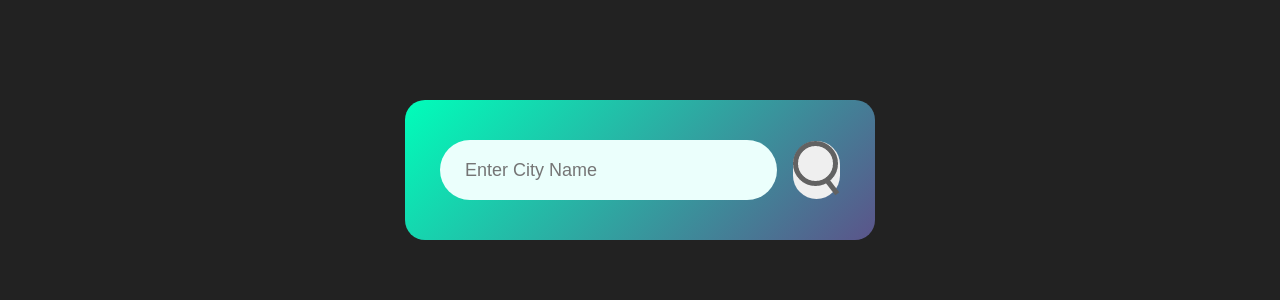
Repository: dubeprince/WeatherApp-Project
Page: WeatherApp/index.html
The author's editor kept a copy of each file at every save. The page is drawn from the files as they stood at one save, then again after the next save.
The browser window is 1280 px wide. The pictures show the whole page.

Above is the page before, as saved 2023-05-26 10:46:57.

After the next save:
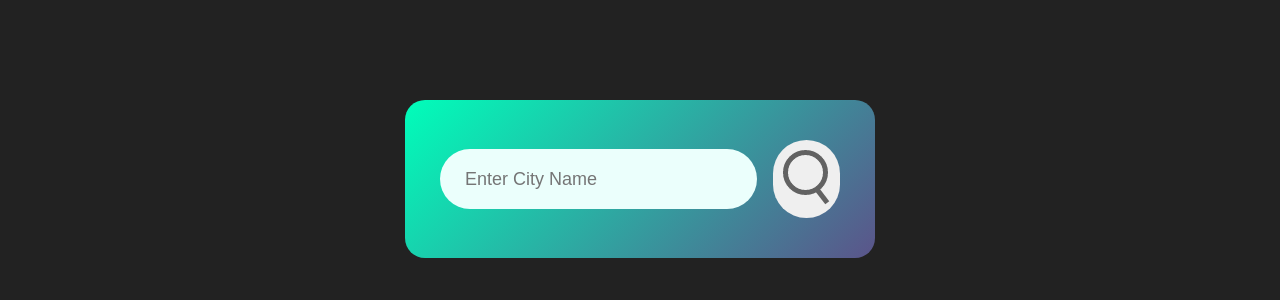
Saved 36 s later.
--- a/WeatherApp/style.css
+++ b/WeatherApp/style.css
@@ -41,4 +41,5 @@ body{
     border: 0;
     outline: 0;
     border-radius: 90px;
+    padding : 10px 10px;
 }
